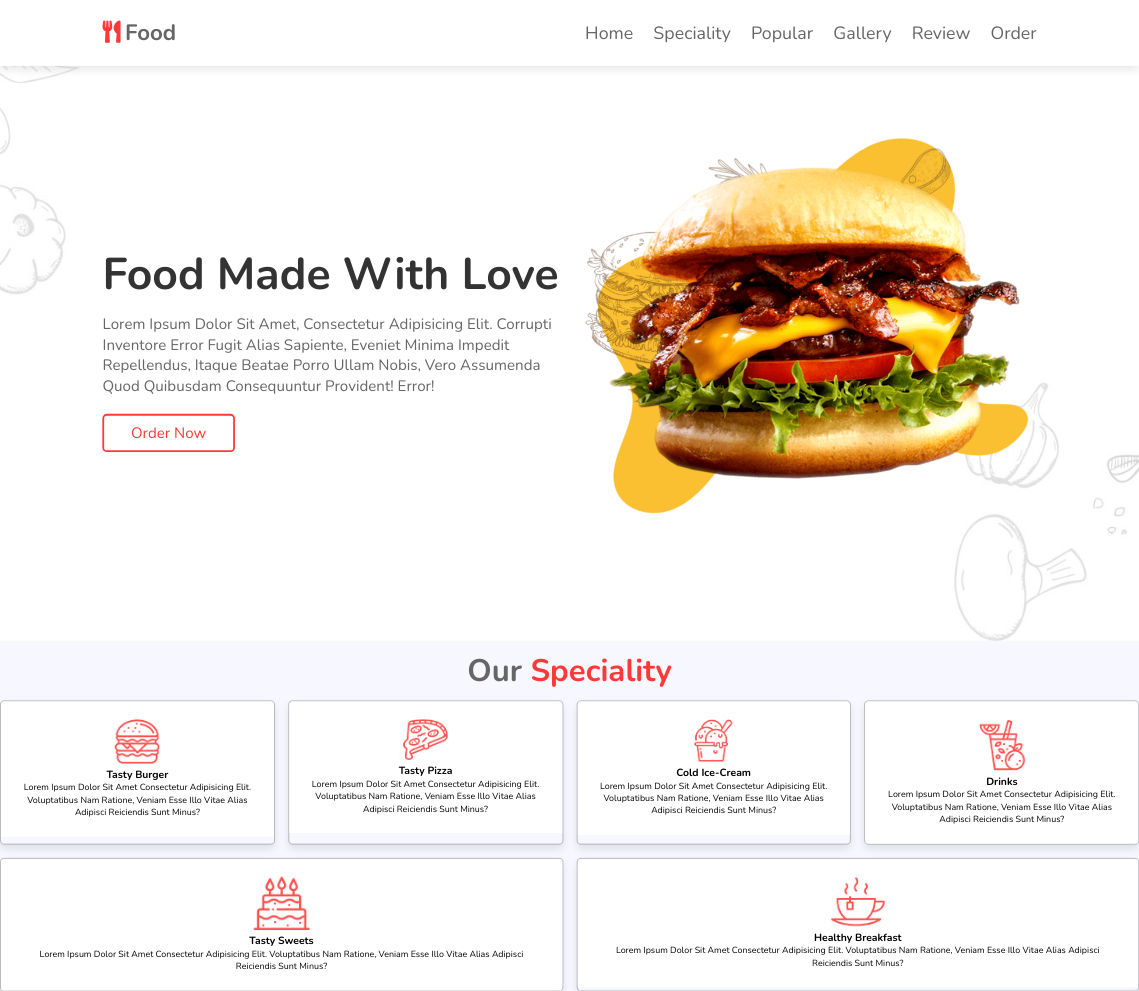
Repository: ManhTanVN/food
Page: index.html
These files come from the project's save history. The page is drawn as it stood at one moment and after the next save; the edit follows.
The browser window is 1280 px wide. The pictures show the whole page, at 89% of full size.
The style sheet was rebuilt from its Sass, Less or Tailwind sources for each picture, by a compiler version that may differ from the author's.

Above is the page before, as saved 2021-08-29 15:55:44.

After the next save:
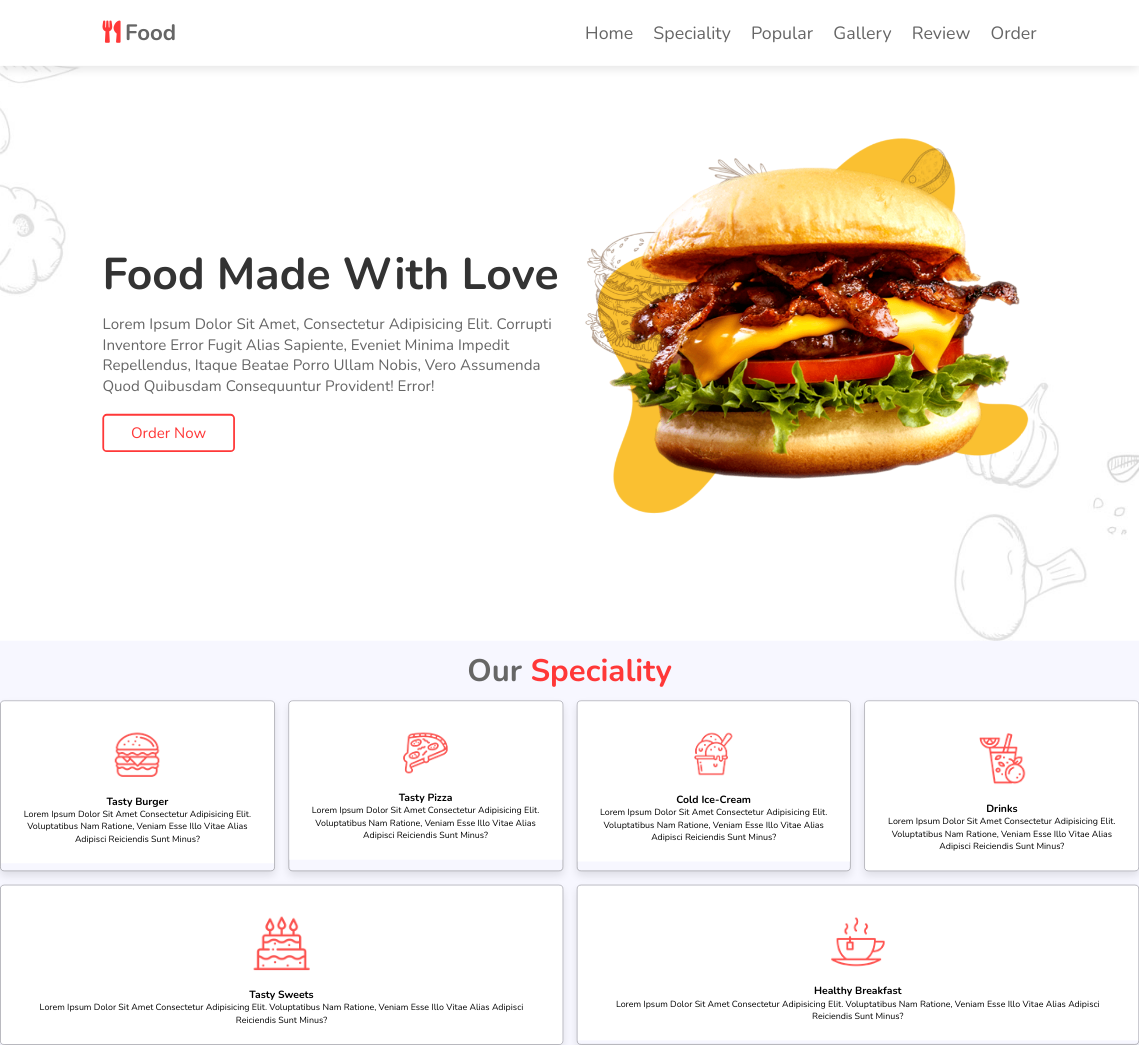
Saved 50 s later.
--- a/sass/_speciality.scss
+++ b/sass/_speciality.scss
@@ -36,6 +36,9 @@
                 text-align: center;
                 padding: 2rem;
                 background: #fff;
+                & img {
+                    margin: 1.5rem 0;
+                }
             }
         }
     }
